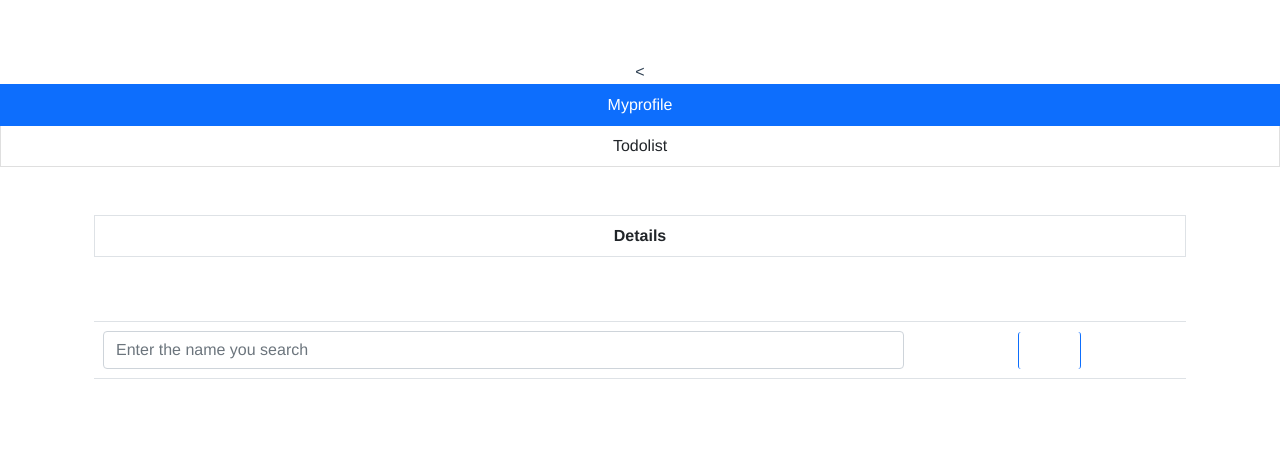
Repository: Shanshan67/todolist
Page: /#/profile
An editor plug-in stored every save of this project. The page is shown before and after the next save, followed by the edit.
The browser window is 1280 px wide. The pictures show the whole page.
The project was rebuilt for these pictures with package versions that can differ from the ones it lists, and the page was loaded fresh each time. Also part of the build but not shown: src/components/Todolist.vue.

Above is the page before, as saved 2022-07-16 00:29:11.

### index.html
<!DOCTYPE html>
<html>
  <head>
    <meta charset="utf-8">
    <meta name="viewport" content="width=device-width,initial-scale=1.0">
    <title>baoge</title>
  </head>
  <body>
    <div id="app"></div>
    <!-- built files will be auto injected -->
  </body>
</html>

### src/main.js
// The Vue build version to load with the `import` command
// (runtime-only or standalone) has been set in webpack.base.conf with an alias.
import Vue from 'vue'
import App from './App'
import router from './router'
import store from './store'
import "bootstrap/dist/css/bootstrap.min.css"

Vue.config.productionTip = false

/* eslint-disable no-new */
new Vue({
  el: '#app',
  router,
  store,
  components: { App },
  template: '<App/>'
})

### src/App.vue
<template>
  <div id="app">
    <
    <div>
      <router-link class="list-group-item" active-class="active" to="/profile">Myprofile</router-link>
      <router-link class="list-group-item" active-class="active" to="/todolist">Todolist</router-link>
    </div>
    <div>
      <router-view/>
    </div>
  </div>
</template>

<script>
export default {
  name: 'App'
}
</script>

<style>
#app {
  font-family: 'Avenir', Helvetica, Arial, sans-serif;
  -webkit-font-smoothing: antialiased;
  -moz-osx-font-smoothing: grayscale;
  text-align: center;
  color: #2c3e50;
  margin-top: 60px;
}
</style>

### src/router/index.js
import Vue from 'vue'
import Router from 'vue-router'
import Dashboard from '@/components/Dashboard'
import Myprofile from '../components/Myprofile'
import Todolist from '../components/Todolist'

Vue.use(Router)

export default new Router({
  routes: [
    {
      path: '/',
      name: 'Dashboard',
      component: Dashboard
    },
    {
			path:'/profile',
			component:Myprofile
		},
		{
			path:'/todolist',
			component:Todolist
		}
  ]
})

### src/store/index.js
import Vue from 'vue'
import Vuex from 'vuex'

Vue.use(Vuex)

//准备actions——用于响应组件中的动作
const actions = {
	jiaOdd(context,value){
		console.log('actions中的jiaOdd被调用了')
		if(context.state.sum % 2){
			context.commit('JIA',value)
		}
	},

}
//准备mutations——用于操作数据（state）
const mutations = {

}
//准备state——用于存储数据
const state = {

}
//准备getters——用于将state中的数据进行加工
const getters = {

}

export default new Vuex.Store({
	actions,
	mutations,
	state,
	getters
})

### src/components/Myprofile.vue
<template>
	<div class="container">
		<List/>
		<Search/>
	</div>
</template>

<script>
	import Search from './Search'
	import List from './List'
	export default {
		name:'Myprofile',
		components:{Search,List}
	}
</script>

### src/components/Search.vue
<template>
	<div class="container">
		<div class="row">
			<div class="col-12">
				<table class="table table-bordered mt-5">
					<tfoot>
						<td class="align-middle text-center w-75">
							<div class="form-group">
								<input
									type="text"
									class="form-control"
									placeholder="Enter the name you search"
									v-model="todoItem.name"
								/>
							</div>
						</td>
						<td class="align-middle text-center w-75">
							<button
								class="btn btn-primary btn-sm mx-1"
								@click="handleSearch"
							>
								Search
							</button>
						</td>
					</tfoot>
				</table>
			</div>
		</div>
	</div>
</template>
<script>
    import {mapState,mapGetters,mapMutations,mapActions} from 'vuex'
	import Axios from "axios";
	const todoUrl = "http://localhost:3000/todos";
	export default {
		name:'Myprofile',
		data() {
			return {
				todoList:[],
				todoItem:{},
				editMode:false
			}
		},
		methods: {
			handleEdit(id){
				this.editMode=true;
				this.todoItem=this.todoList.find((item) => item.id == id);
			},
			handleCancel() {
				this.editMode=false;
				this.todoItem="";
			},
			async handleToDoItem(){
				const id=this.todoItem.id;
				if(this.editMode){
					await Axios.put(`${todoUrl}/${id}`, this.todoItem);
					this.editMode=false;
					this.todoItem.name="";
				}else{
					await Axios.post(todoUrl, this.todoItem);
					this.todoItem.name = "";
				}
				Axios.get(todoUrl).then((response) => (this.todoList = response.data));
			},
			async handleDelete(id) {
				await Axios.delete(`${todoUrl}/${id}`);
				Axios.get(todoUrl).then((response) => (this.todoList = response.data));
			}
		}
	}
</script>

### src/components/List.vue
<template>
	<div class="container">
		<div class="row">
			<div class="col-12">
				<table class="table table-bordered mt-5">
					<thead>
						<tr>
							<th>Details</th>
						</tr>
					</thead>
					<tbody v-for="user in users" :key="user.id">
						<tr>
							{{user.server_id}}
						</tr>
                        <tr>
							{{user.description}}
						</tr>
                        <tr>
							{{user.currency}}
						</tr>
                        <tr>
							{{user.type}}
						</tr>
                        <tr>
							{{user.digits}}
						</tr>
                        <tr>
							{{user.trade}}
						</tr>
                        <tr>
							{{user.swap_long}}
						</tr>
                        <tr>
							{{user.swap_short}}
						</tr>
                        <tr>
							{{user.contract_size}}
						</tr>
					</tbody>
				</table>
			</div>
		</div>
	</div>
</template>

<script>
    import {mapState,mapGetters,mapMutations,mapActions} from 'vuex'
	import Axios from "axios";
	const todoUrl = "http://localhost:3000/todos";
	export default {
		name:'Myprofile',
		data() {
			return {
				todoList:[],
				todoItem:{},
				editMode:false
			}
		},
		methods: {
			handleEdit(id){
				this.editMode=true;
				this.todoItem=this.todoList.find((item) => item.id == id);
			},
			handleCancel() {
				this.editMode=false;
				this.todoItem="";
			},
			async handleToDoItem(){
				const id=this.todoItem.id;
				if(this.editMode){
					await Axios.put(`${todoUrl}/${id}`, this.todoItem);
					this.editMode=false;
					this.todoItem.name="";
				}else{
					await Axios.post(todoUrl, this.todoItem);
					this.todoItem.name = "";
				}
				Axios.get(todoUrl).then((response) => (this.todoList = response.data));
			},
			async handleDelete(id) {
				await Axios.delete(`${todoUrl}/${id}`);
				Axios.get(todoUrl).then((response) => (this.todoList = response.data));
			}
		}
	}
</script>

### src/components/Dashboard.vue
<template>
  <div class="hello">
    <h1>{{ msg }}</h1>
  </div>
</template>

<script>
export default {
  name: 'Dashboard',
  data () {
    return {
      msg: 'Welcome to Your TodoList App'
    }
  }
}
</script>

<!-- Add "scoped" attribute to limit CSS to this component only -->
<style scoped>
h1, h2 {
  font-weight: normal;
}
ul {
  list-style-type: none;
  padding: 0;
}
li {
  display: inline-block;
  margin: 0 10px;
}
a {
  color: #42b983;
}
</style>

After the next save:
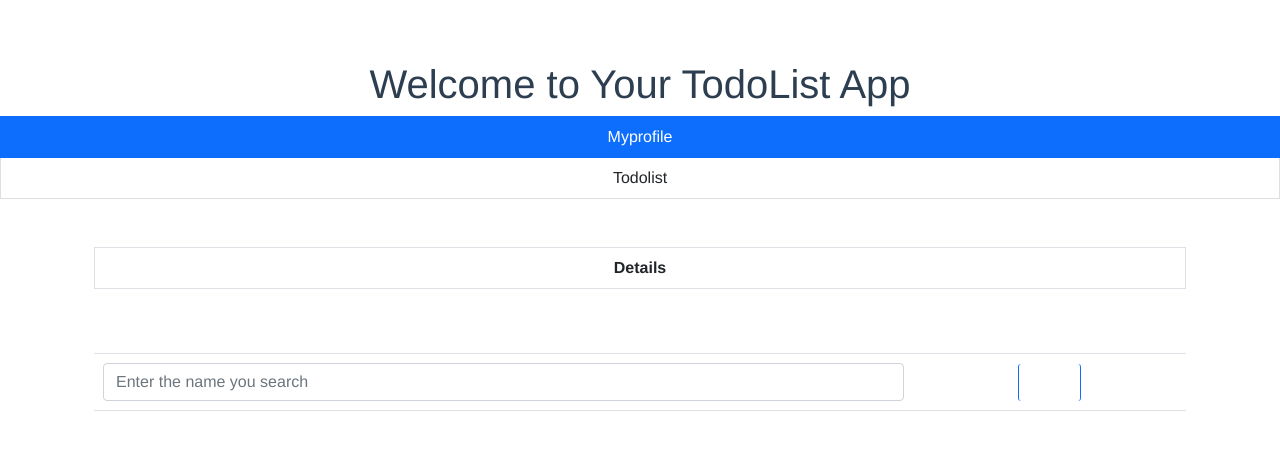
Saved 33 s later.
--- a/src/App.vue
+++ b/src/App.vue
@@ -1,6 +1,6 @@
 <template>
   <div id="app">
-    <
+    <Dashboard/>
     <div>
       <router-link class="list-group-item" active-class="active" to="/profile">Myprofile</router-link>
       <router-link class="list-group-item" active-class="active" to="/todolist">Todolist</router-link>
@@ -12,8 +12,10 @@
 </template>
 
 <script>
+import Dashboard from './components/Dashboard.vue';
 export default {
-  name: 'App'
+    name: "App",
+    components: { Dashboard }
 }
 </script>
 
